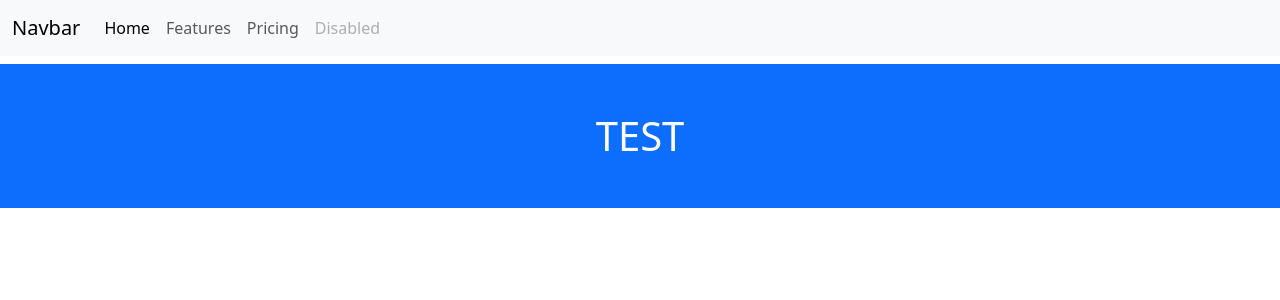
Repository: ldj0905/javaproject
Page: http://localhost/lab05_jsp/
The author's editor kept a copy of each file at every save. The page is drawn from the files as they stood at one save, then again after the next save.
The browser window is 1280 px wide. The pictures show the whole page.
The page is served by Tomcat 10. Other server files are loaded and not shown.

Above is the page before, as saved 2024-05-28 06:02:28.

### lab05_jsp/src/main/webapp/WEB-INF/views/home.jsp
<%@ page language="java" contentType="text/html; charset=UTF-8"
    pageEncoding="UTF-8" trimDirectiveWhitespaces="true"%>
<%@ taglib prefix="c" uri="jakarta.tags.core"%>
<!DOCTYPE html>
<html>
<head>
<meta charset="UTF-8">
<meta name="viewport" content="width=device-width, initial-scale=1">
<title>Insert title here</title>
<link
    href="https://cdn.jsdelivr.net/npm/bootstrap@5.3.3/dist/css/bootstrap.min.css"
    rel="stylesheet"
    integrity="sha384-QWTKZyjpPEjISv5WaRU9OFeRpok6YctnYmDr5pNlyT2bRjXh0JMhjY6hW+ALEwIH"
    crossorigin="anonymous">

<nav class="navbar navbar-expand-lg bg-body-tertiary">
    <div class="container-fluid">
        <a class="navbar-brand" href="#">Navbar</a>
        <button class="navbar-toggler" type="button"
            data-bs-toggle="collapse" data-bs-target="#navbarNav"
            aria-controls="navbarNav" aria-expanded="false"
            aria-label="Toggle navigation">
            <span class="navbar-toggler-icon"></span>
        </button>
        <div class="collapse navbar-collapse" id="navbarNav">
            <ul class="navbar-nav">
                <li class="nav-item"><a class="nav-link active"
                    aria-current="page" href="#">Home</a></li>
                <li class="nav-item"><a class="nav-link" href="#">Features</a>
                </li>
                <li class="nav-item"><a class="nav-link" href="#">Pricing</a>
                </li>
                <li class="nav-item"><a class="nav-link disabled"
                    aria-disabled="true">Disabled</a></li>
            </ul>
        </div>
    </div>
</nav>
</head>

<body>
    <div class="container-fluid">

        <c:set var = "pageTitle" value = "Home" scope ="page"/>
        <%-- pageContext.setAttribute("pageTitle", "Home"); --%>
        <%@ include file="./fragments/header.jspf"%>
    </div>

    <h1 class="bg-primary mt-2 p-5 text-white text-center">TEST</h1>

    <script
        src="https://cdn.jsdelivr.net/npm/bootstrap@5.3.3/dist/js/bootstrap.bundle.min.js"
        integrity="sha384-YvpcrYf0tY3lHB60NNkmXc5s9fDVZLESaAA55NDzOxhy9GkcIdslK1eN7N6jIeHz"
        crossorigin="anonymous"></script>
</body>
</html>

### lab05_jsp/src/main/webapp/WEB-INF/views/fragments/header.jspf
<%@ page language="java" contentType="text/html; charset=UTF-8"
    pageEncoding="UTF-8"%>
<!DOCTYPE html>
<html>
<head>
    <meta charset="UTF-8">
    <title>Lab05</title>
    <h1>${ PageTitle }</h1>
</head>
<body>

</body>
</html>

### lab05_jsp/src/main/java/com/itwill/lab05/web/FrontController.java
package com.itwill.lab05.web;

import jakarta.servlet.ServletException;
import jakarta.servlet.annotation.WebServlet;
import jakarta.servlet.http.HttpServlet;
import jakarta.servlet.http.HttpServletRequest;
import jakarta.servlet.http.HttpServletResponse;
import java.io.IOException;

import org.slf4j.Logger;
import org.slf4j.LoggerFactory;

/**
 * Servlet implementation class FrontServlet
 */
@WebServlet(name = "frontController", urlPatterns = {""})
//context root(http://localhost:8080/labo5)로 들어오는 요청을 처리하는 서블릿!
public class FrontController extends HttpServlet {
	private static final long serialVersionUID = 1L;
	private static final Logger log = LoggerFactory.getLogger(FrontController.class);
	/**
	 * @see HttpServlet#doGet(HttpServletRequest request, HttpServletResponse response)
	 */
	protected void doGet(HttpServletRequest request, HttpServletResponse response) throws ServletException, IOException {
		System.out.println("FrontController#doGet");
		log.debug("doGet");
		request.getRequestDispatcher("WEB-INF/views/home.jsp").forward(request, response);
	}

}

After the next save:
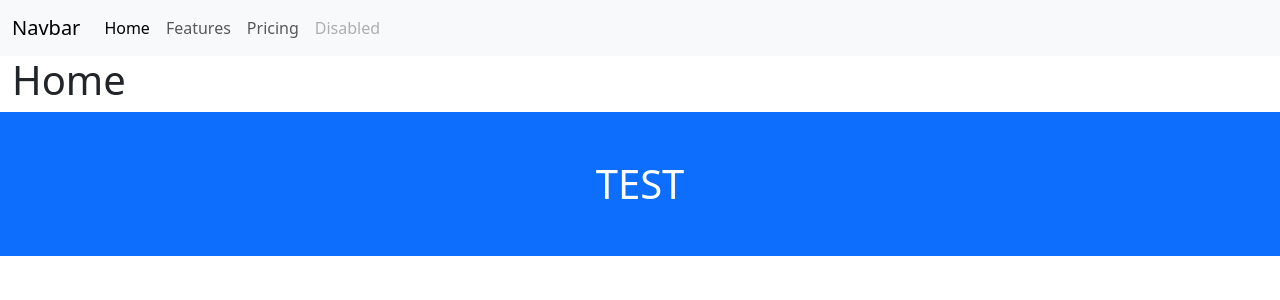
Saved 33 s later.
--- a/lab05_jsp/src/main/webapp/WEB-INF/views/fragments/header.jspf
+++ b/lab05_jsp/src/main/webapp/WEB-INF/views/fragments/header.jspf
@@ -5,7 +5,7 @@
 <head>
     <meta charset="UTF-8">
     <title>Lab05</title>
-    <h1>${ PageTitle }</h1>
+    <h1>${ pageTitle }</h1>
 </head>
 <body>
 
